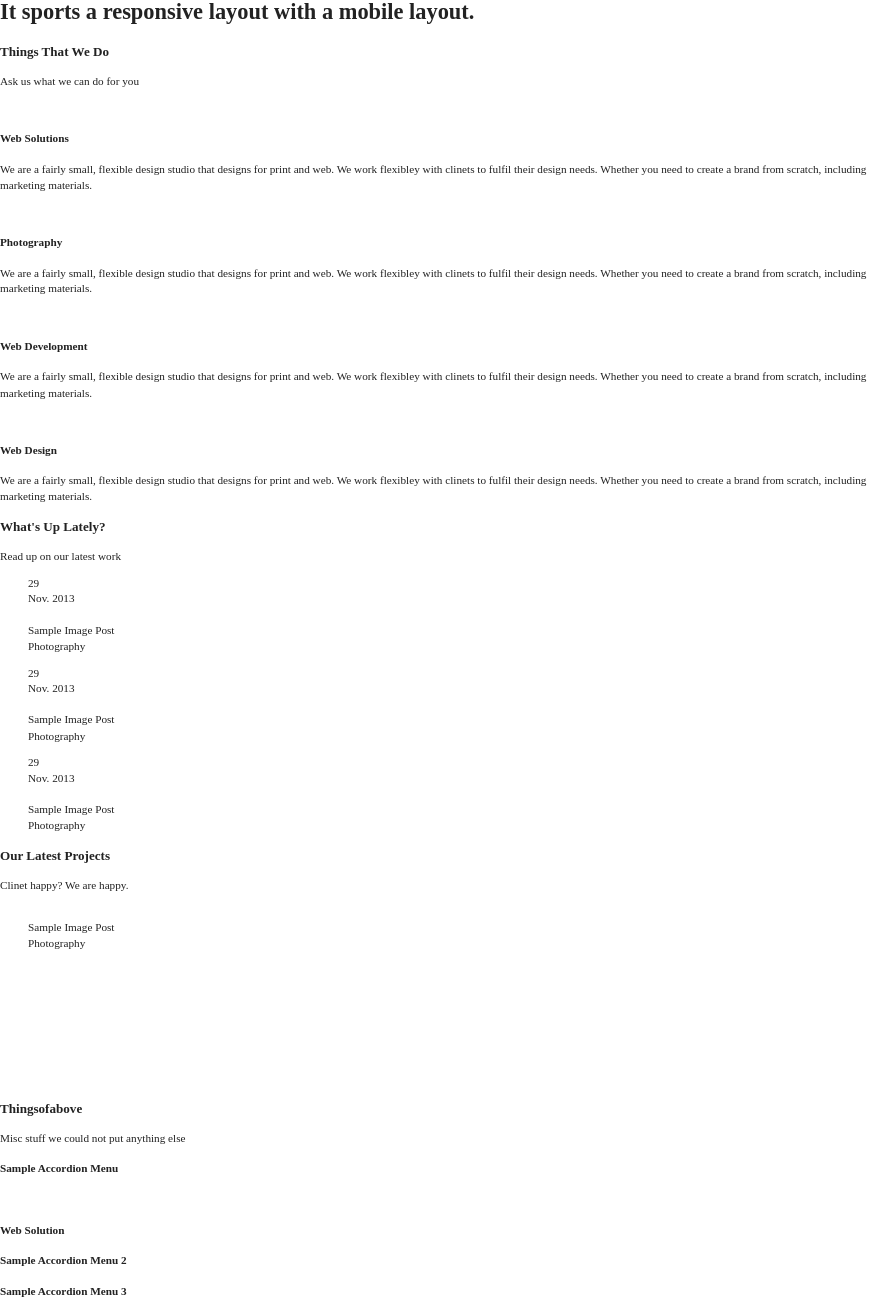
Repository: claudiashin/metrolics
Page: index.html
An editor plug-in stored every save of this project. The page is shown before and after the next save, followed by the edit.
The browser window is 1280 px wide. The pictures show the part of the page from y = 749 to 2669 px (the page is 2626 px tall before and 2669 px after), at 70% of full size.

Above is the page before, as saved 2021-01-27 16:15:18.

### index.html
<!doctype html>
<html class="no-js" lang="EN">

<head>
  <meta charset="utf-8">
  <title>MDIA 2003 Lab 3</title>
  <meta name="description" content="">
  <meta name="viewport" content="width=device-width, initial-scale=1">

  <link rel="manifest" href="site.webmanifest">
  <link rel="apple-touch-icon" href="icon.png">
  <!-- Place favicon.ico in the root directory -->

  <link rel="stylesheet" href="css/normalize.css">
  <link rel="stylesheet" href="css/main.css">
</head>

<body>
  <header class="page_header">
    <div class="logo">
      <div><h1>Metrolics</h1></div>
      <div class="logoimg"><img src=""></div>
    </div>
  </header>

  <nav class="page_nav">
    <div class="nav_container">
      <div class="nav_icon">
        <div><img src=""></div>
        <p>Home</p>
      </div>
      <div class="nav_icon">
        <div><img src=""></div>
        <p>Pages</p>
      </div><div class="nav_icon">
        <div><img src=""></div>
        <p>Blog</p>
      </div><div class="nav_icon">
        <div><img src=""></div>
        <p>Portfolio</p>
      </div><div class="nav_icon">
        <div><img src=""></div>
        <p>Home</p>
      </div>
    </div>
  </nav>

  <section class="main_container">
    <div class="hero_img">
      <img src="">
    </div>
    <div class="">
      <h2>Metro Style</h2>
      <h2>Retina Ready</h2>
      <h2>Responsive Design</h2>
    </div>
  </section>

  <section class="main_container">
    <div>
      <h1>Hey Guys! This is the <span class="textcol">Metrolics</span> theme.<br>It sports a responsive layout with a mobile layout.</h1>
    </div>
  </section>

  <section class="main_container">
    <div class="container">
      <h3>Things That We Do</h3>
      <p>Ask us what we can do for you</p>
    </div>
    <div class="container">
      <div class="container_feature">
        <div class="feature_img">
          <img src="">
        </div>
        <div><h4>Web Solutions</h4></div>
        <div><p>We are a fairly small, flexible design studio that designs for print
          and web. We work flexibley with clinets to fulfil their design needs. Whether
          you need to create a brand from scratch, including marketing materials.
        </p></div>
      </div>
    </div>
    <div class="container">
      <div class="container_feature">
        <div class="feature_img">
          <img src="">
        </div>
        <div><h4>Photography</h4></div>
        <div><p>We are a fairly small, flexible design studio that designs for print
          and web. We work flexibley with clinets to fulfil their design needs. Whether
          you need to create a brand from scratch, including marketing materials.
        </p></div>
      </div>
    </div><div class="container">
      <div class="container_feature">
        <div class="feature_img">
          <img src="">
        </div>
        <div><h4>Web Development</h4></div>
        <div><p>We are a fairly small, flexible design studio that designs for print
          and web. We work flexibley with clinets to fulfil their design needs. Whether
          you need to create a brand from scratch, including marketing materials.
        </p></div>
      </div>
    </div><div class="container">
      <div class="container_feature">
        <div class="feature_img">
          <img src="">
        </div>
        <div><h4>Web Design</h4></div>
        <div><p>We are a fairly small, flexible design studio that designs for print
          and web. We work flexibley with clinets to fulfil their design needs. Whether
          you need to create a brand from scratch, including marketing materials.
        </p></div>
      </div>
    </div>
  </section>

  <section class="main_container">
    <div class="container">
      <h3>What's Up Lately?</h3>
      <p>Read up on our latest work</p>
    </div>
    <div class="container">
      <figure>
        <figcaption>29 <br> Nov. 2013</figcaption>
        <img src="" value="">
        <figcaption>Sample Image Post <br> Photography</figcaption>
      </figure>
    </div>
    <div class="container">
      <figure>
        <figcaption>29 <br> Nov. 2013</figcaption>
        <img src="" value="">
        <figcaption>Sample Image Post <br> Photography</figcaption>
      </figure>
    </div>
    <div class="container">
      <figure>
        <figcaption>29 <br> Nov. 2013</figcaption>
        <img src="" value="">
        <figcaption>Sample Image Post <br> Photography</figcaption>
      </figure>
    </div>
  </section>

  <section class="main_container">
    <div class="container">
      <h3>Our Latest Projects </h3>
      <p>Clinet happy? We are happy.</p>
    </div>
    <div class="container">
      <figure>
        <img src="" value="">
        <figcaption>Sample Image Post <br> Photography</figcaption>
      </figure>
    </div>
    <div class="container">
      <figure>
        <img src="" value="">
      </figure>
    </div>
    <div class="container">
      <figure>
        <img src="" value="">
      </figure>
    </div>
    <div class="container">
      <figure>
        <img src="" value="">
      </figure>
    </div>
    <div class="container">
      <figure>
        <img src="" value="">
      </figure>
    </div>
    <div class="container">
      <figure>
        <img src="" value="">
      </figure>
    </div>
  </section>

  <section class="main_container">
    <div class="container">
      <h3>Thingsofabove </h3>
      <p>Misc stuff we could not put anything else</p>
    </div>
    <div class="container">
      <div class="items">
        <h4>Sample Accordion Menu</h4>
      </div>
      <div class="items">
        <div class="items_contents">
          <img src="">
        </div>
        <div class="itmes_contents">
          <h4>Web Solution</h4>
          <p><Lorem ipsum dolor sit amet, consectetur adipiscing elit, sed do eiusmod tempor incididunt ut labore et dolore magna aliqua. Ut enim ad minim veniam, quis nostrud exercitation ullamco</p>
        </div>
      </div>
      <div class="items">
        <h4>Sample Accordion Menu 2</h4>
      </div>
      <div class="items">
        <h4>Sample Accordion Menu 3</h4>
      </div>
    </div>

    <div class="container">

    </div>



  </section>

  <footer>

  </footer>
</body>

</html>

### css/main.css
/*! HTML5 Boilerplate v8.0.0 | MIT License | https://html5boilerplate.com/ */

/* main.css 2.1.0 | MIT License | https://github.com/h5bp/main.css#readme */
/*
 * What follows is the result of much research on cross-browser styling.
 * Credit left inline and big thanks to Nicolas Gallagher, Jonathan Neal,
 * Kroc Camen, and the H5BP dev community and team.
 */

/* ==========================================================================
   Base styles: opinionated defaults
   ========================================================================== */

html {
  color: #222;
  font-size: 1em;
  line-height: 1.4;
}

/*
 * Remove text-shadow in selection highlight:
 * https://twitter.com/miketaylr/status/12228805301
 *
 * Vendor-prefixed and regular ::selection selectors cannot be combined:
 * https://stackoverflow.com/a/16982510/7133471
 *
 * Customize the background color to match your design.
 */

::-moz-selection {
  background: #b3d4fc;
  text-shadow: none;
}

::selection {
  background: #b3d4fc;
  text-shadow: none;
}

/*
 * A better looking default horizontal rule
 */

hr {
  display: block;
  height: 1px;
  border: 0;
  border-top: 1px solid #ccc;
  margin: 1em 0;
  padding: 0;
}

/*
 * Remove the gap between audio, canvas, iframes,
 * images, videos and the bottom of their containers:
 * https://github.com/h5bp/html5-boilerplate/issues/440
 */

audio,
canvas,
iframe,
img,
svg,
video {
  vertical-align: middle;
}

/*
 * Remove default fieldset styles.
 */

fieldset {
  border: 0;
  margin: 0;
  padding: 0;
}

/*
 * Allow only vertical resizing of textareas.
 */

textarea {
  resize: vertical;
}

/* ==========================================================================
   Author's custom styles
   ========================================================================== */

/* ==========================================================================
   Helper classes
   ========================================================================== */

/*
 * Hide visually and from screen readers
 */

.hidden,
[hidden] {
  display: none !important;
}

/*
 * Hide only visually, but have it available for screen readers:
 * https://snook.ca/archives/html_and_css/hiding-content-for-accessibility
 *
 * 1. For long content, line feeds are not interpreted as spaces and small width
 *    causes content to wrap 1 word per line:
 *    https://medium.com/@jessebeach/beware-smushed-off-screen-accessible-text-5952a4c2cbfe
 */

.sr-only {
  border: 0;
  clip: rect(0, 0, 0, 0);
  height: 1px;
  margin: -1px;
  overflow: hidden;
  padding: 0;
  position: absolute;
  white-space: nowrap;
  width: 1px;
  /* 1 */
}

/*
 * Extends the .sr-only class to allow the element
 * to be focusable when navigated to via the keyboard:
 * https://www.drupal.org/node/897638
 */

.sr-only.focusable:active,
.sr-only.focusable:focus {
  clip: auto;
  height: auto;
  margin: 0;
  overflow: visible;
  position: static;
  white-space: inherit;
  width: auto;
}

/*
 * Hide visually and from screen readers, but maintain layout
 */

.invisible {
  visibility: hidden;
}

/*
 * Clearfix: contain floats
 *
 * For modern browsers
 * 1. The space content is one way to avoid an Opera bug when the
 *    `contenteditable` attribute is included anywhere else in the document.
 *    Otherwise it causes space to appear at the top and bottom of elements
 *    that receive the `clearfix` class.
 * 2. The use of `table` rather than `block` is only necessary if using
 *    `:before` to contain the top-margins of child elements.
 */

.clearfix::before,
.clearfix::after {
  content: " ";
  display: table;
}

.clearfix::after {
  clear: both;
}

/* ==========================================================================
   EXAMPLE Media Queries for Responsive Design.
   These examples override the primary ('mobile first') styles.
   Modify as content requires.
   ========================================================================== */

@media only screen and (min-width: 35em) {
  /* Style adjustments for viewports that meet the condition */
}

@media print,
  (-webkit-min-device-pixel-ratio: 1.25),
  (min-resolution: 1.25dppx),
  (min-resolution: 120dpi) {
  /* Style adjustments for high resolution devices */
}

/* ==========================================================================
   Print styles.
   Inlined to avoid the additional HTTP request:
   https://www.phpied.com/delay-loading-your-print-css/
   ========================================================================== */

@media print {
  *,
  *::before,
  *::after {
    background: #fff !important;
    color: #000 !important;
    /* Black prints faster */
    box-shadow: none !important;
    text-shadow: none !important;
  }

  a,
  a:visited {
    text-decoration: underline;
  }

  a[href]::after {
    content: " (" attr(href) ")";
  }

  abbr[title]::after {
    content: " (" attr(title) ")";
  }

  /*
   * Don't show links that are fragment identifiers,
   * or use the `javascript:` pseudo protocol
   */
  a[href^="#"]::after,
  a[href^="javascript:"]::after {
    content: "";
  }

  pre {
    white-space: pre-wrap !important;
  }

  pre,
  blockquote {
    border: 1px solid #999;
    page-break-inside: avoid;
  }

  /*
   * Printing Tables:
   * https://web.archive.org/web/20180815150934/http://css-discuss.incutio.com/wiki/Printing_Tables
   */
  thead {
    display: table-header-group;
  }

  tr,
  img {
    page-break-inside: avoid;
  }

  p,
  h2,
  h3 {
    orphans: 3;
    widows: 3;
  }

  h2,
  h3 {
    page-break-after: avoid;
  }
}

Loaded but not shown: css/normalize.css (library)

After the next save:
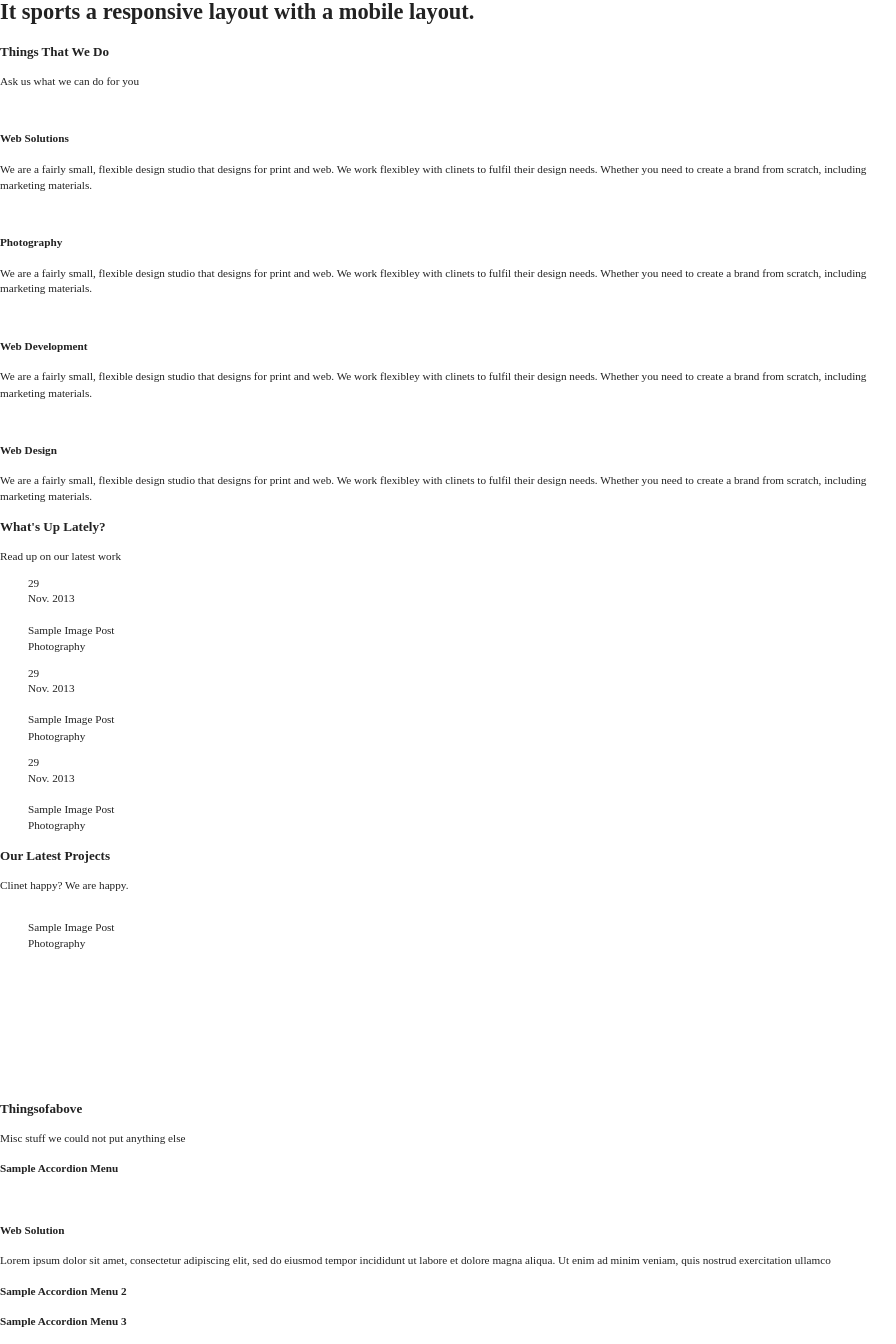
Saved 8 s later.
--- a/index.html
+++ b/index.html
@@ -196,7 +196,7 @@
         </div>
         <div class="itmes_contents">
           <h4>Web Solution</h4>
-          <p><Lorem ipsum dolor sit amet, consectetur adipiscing elit, sed do eiusmod tempor incididunt ut labore et dolore magna aliqua. Ut enim ad minim veniam, quis nostrud exercitation ullamco</p>
+          <p>Lorem ipsum dolor sit amet, consectetur adipiscing elit, sed do eiusmod tempor incididunt ut labore et dolore magna aliqua. Ut enim ad minim veniam, quis nostrud exercitation ullamco</p>
         </div>
       </div>
       <div class="items">
